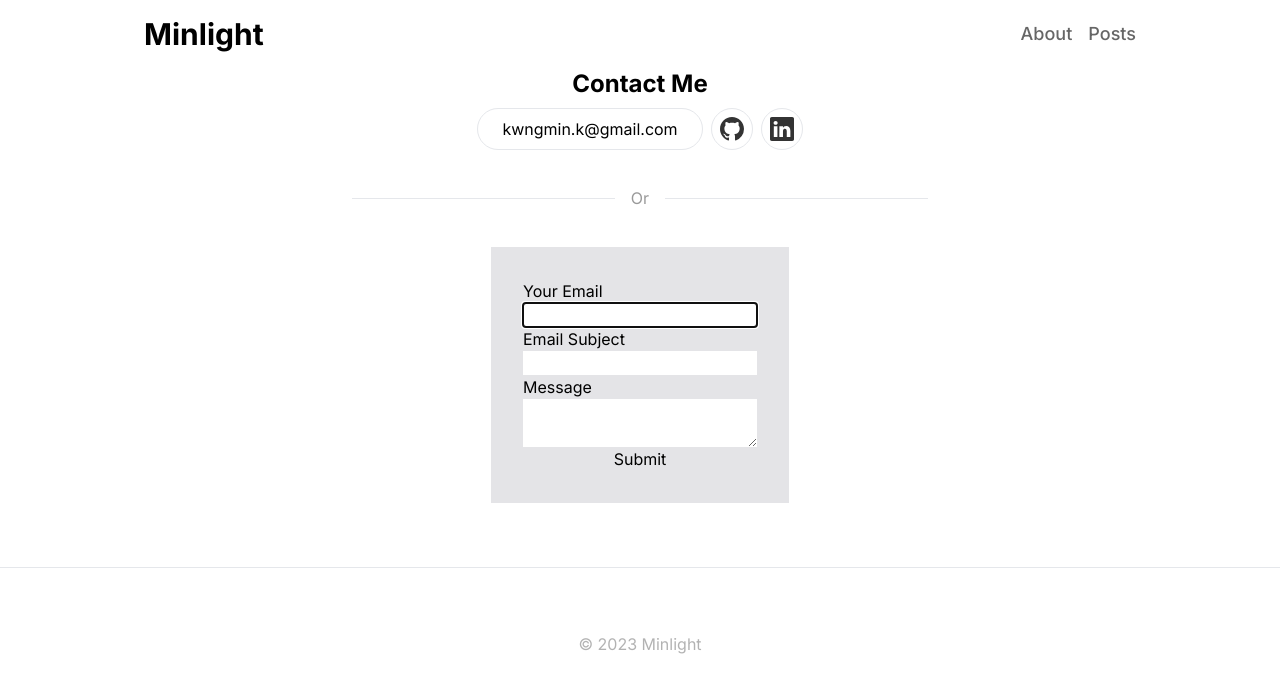
Repository: kwngmin/minlight-blog
Page: /contact
The author's editor kept a copy of each file at every save. The page is drawn from the files as they stood at one save, then again after the next save.
The browser window is 1280 px wide. The pictures show the whole page.
The project was rebuilt for these pictures with package versions that can differ from the ones it lists, and the page was loaded fresh each time. The framework's server and built-in components were replaced by stand-ins that run in the browser. Also part of the build but not shown: next.config.js, src/components/banner.tsx.

Above is the page before, as saved 2023-04-03 17:04:35.

After the next save:
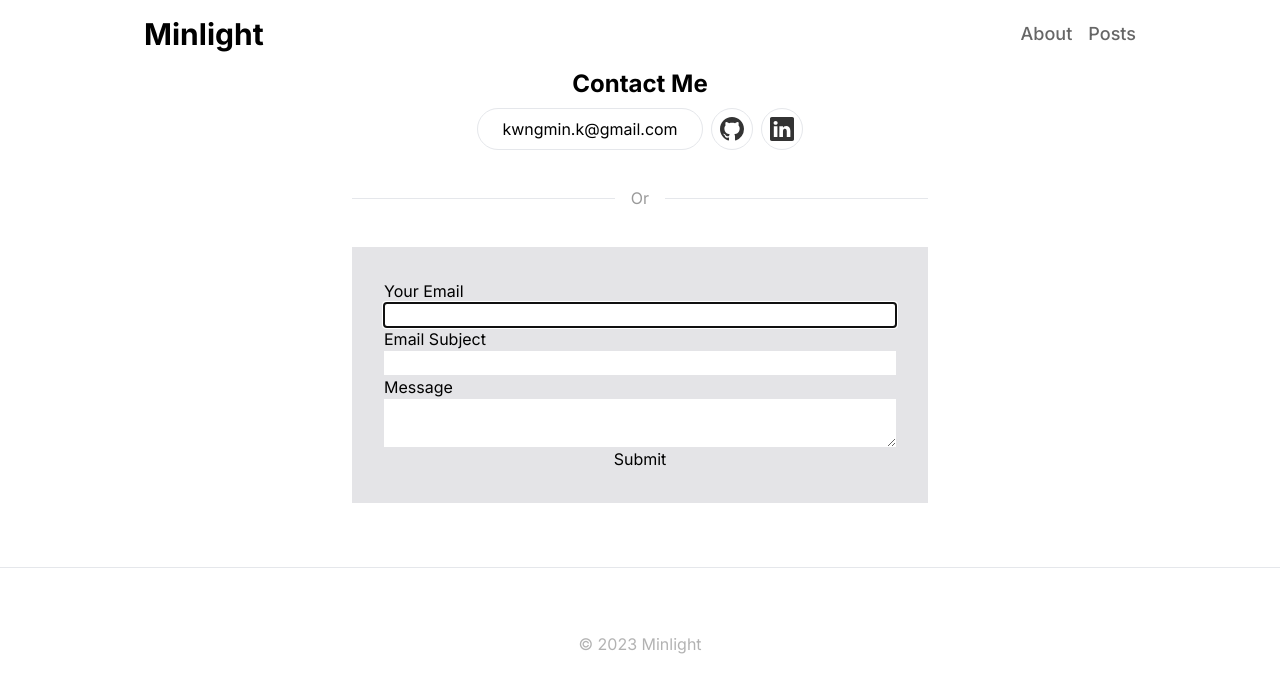
Saved 8 s later.
--- a/src/components/ContactForm.tsx
+++ b/src/components/ContactForm.tsx
@@ -34,7 +34,10 @@ export default function ContactForm() {
   return (
     <>
       {banner && <Banner banner={banner} />}
-      <form onSubmit={onSubmit} className="flex flex-col bg-zinc-200 p-8">
+      <form
+        onSubmit={onSubmit}
+        className="flex flex-col bg-zinc-200 p-8 w-full"
+      >
         <label htmlFor="from">Your Email</label>
         <input
           type="email"
